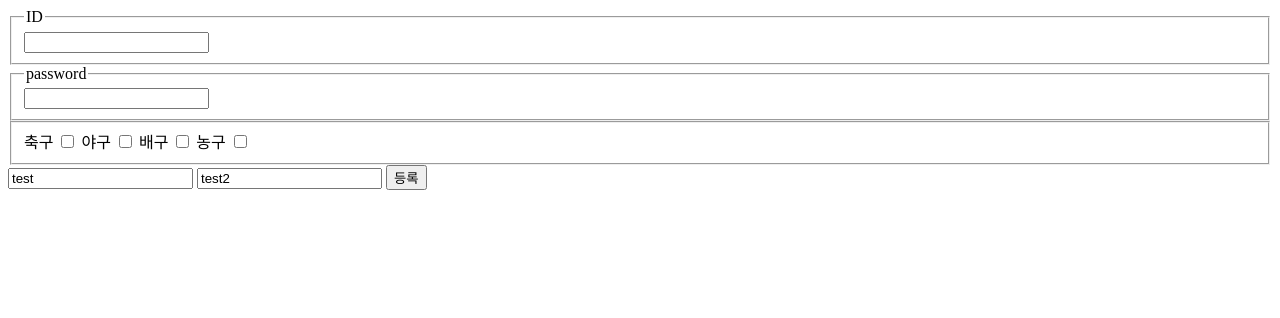
Repository: mireu930/Serverlet_App
Page: src/build/classes/webapp/template/sample_form.html
These files come from the project's save history. The page is drawn as it stood at one moment and after the next save; the edit follows.
The browser window is 1280 px wide. The pictures show the whole page.

Above is the page before, as saved 2025-02-07 16:17:55.

### src/build/classes/webapp/template/sample_form.html
<!DOCTYPE html>
<html lang="en">
<head>
  <meta charset="UTF-8">
  <meta name="viewport" content="width=device-width, initial-scale=1.0">
  <title>Document</title>
</head>
<body>
  <form>
    <fieldset>
      <legend>ID</legend>
      <input type = "text">
    </fieldset>
    <fieldset>
      <legend>password</legend>
      <input type = "password">

    </fieldset>
    <fieldset>

      <label for ="p1">축구</label>
      <input type = "checkbox" id = "p1">
      <label for ="p2">야구</label>
      <input type = "checkbox" id = "p2">
      <label for ="p3">배구</label>
      <input type = "checkbox" id = "p3">
      <label for ="p4">농구</label>
      <input type = "checkbox" id = "p4">
    </fieldset>


      <input type = "text" name = "department_name" value = "test">
      <input type = "text" name = "manager_id" value = "test2">

      <input type = "submit" value ="등록">


  </form>
</body>
</html>

After the next save:
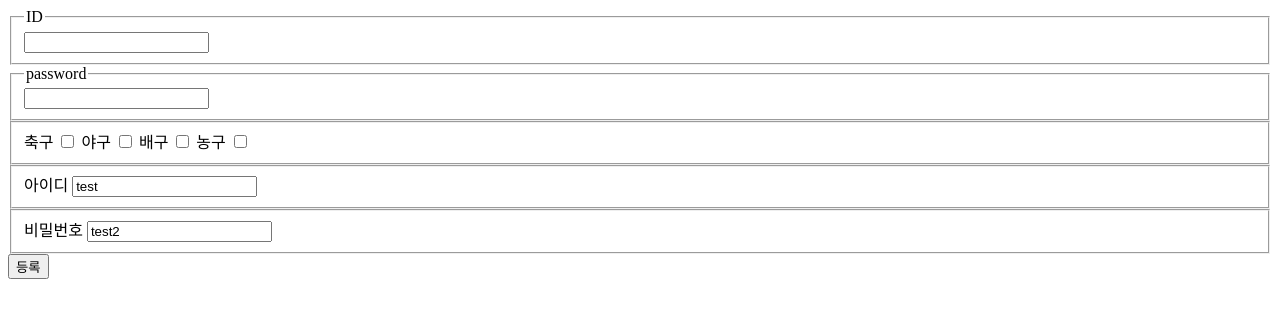
Saved 99 s later.
--- a/src/build/classes/webapp/template/sample_form.html
+++ b/src/build/classes/webapp/template/sample_form.html
@@ -28,9 +28,14 @@
       <input type = "checkbox" id = "p4">
     </fieldset>
 
-
-      <input type = "text" name = "department_name" value = "test">
+    <fieldset>
+      <label>아이디</label>
+        <input type = "text" name = "department_name" value = "test">
+    </fieldset>
+    <fieldset>
+      <label>비밀번호</label>
       <input type = "text" name = "manager_id" value = "test2">
+    </fieldset>
 
       <input type = "submit" value ="등록">
 
